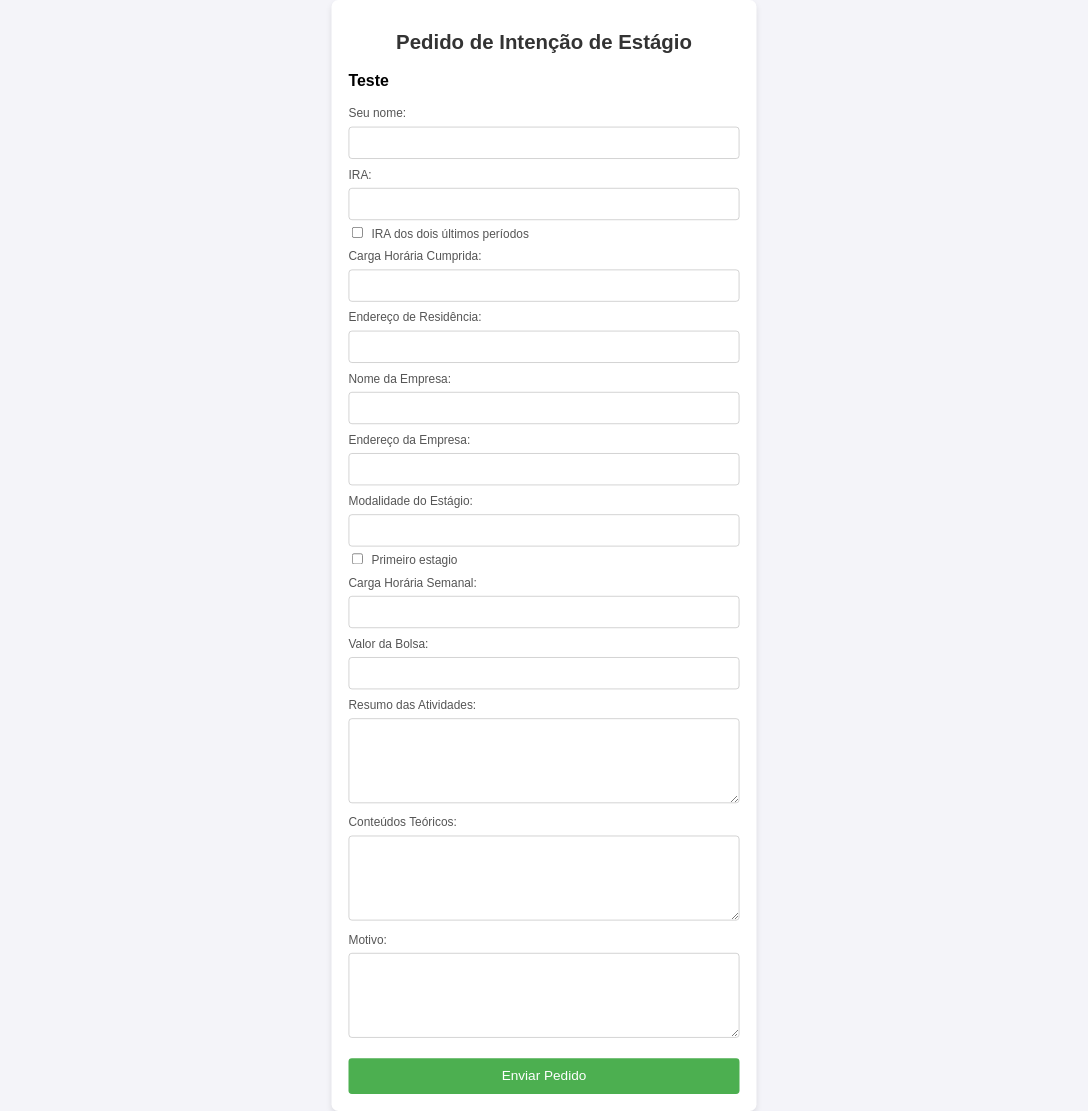
Repository: CronosUchoa/ArqSoft
Page: http://localhost/PedidoIntencaoNovoEstagioRDG/
An editor plug-in stored every save of this project. The page is shown before and after the next save, followed by the edit.
The browser window is 1280 px wide. The pictures show the whole page, at 85% of full size.
The page is served by Tomcat 9.

Above is the page before, as saved 2024-11-27 12:49:39.

After the next save:
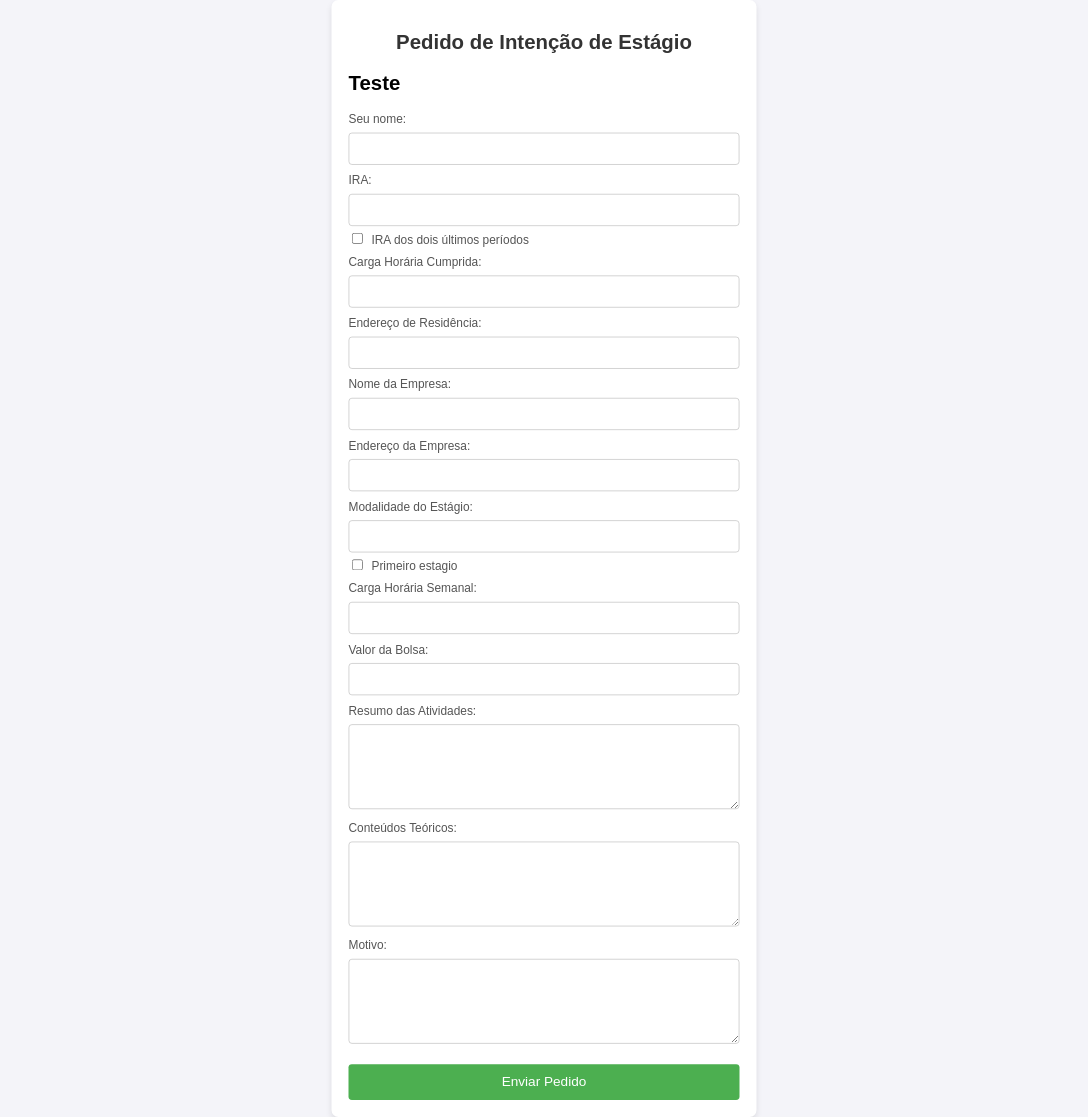
Saved 15 s later.
--- a/PedidoIntencaoNovoEstagioRDG/src/main/webapp/WEB-INF/JSPS/index.jsp
+++ b/PedidoIntencaoNovoEstagioRDG/src/main/webapp/WEB-INF/JSPS/index.jsp
@@ -96,7 +96,7 @@
 <body>
     <form action="Controller" method="post" onsubmit="return validarEGerarIdentificador()">
         <h1>Pedido de Intenção de Estágio</h1>
-        <h3>Teste</h3>
+        <h2>Teste</h2>
         <input type="hidden" name="action" value="criarPedidoIntencao">
 
          <!-- Área para mensagens -->
